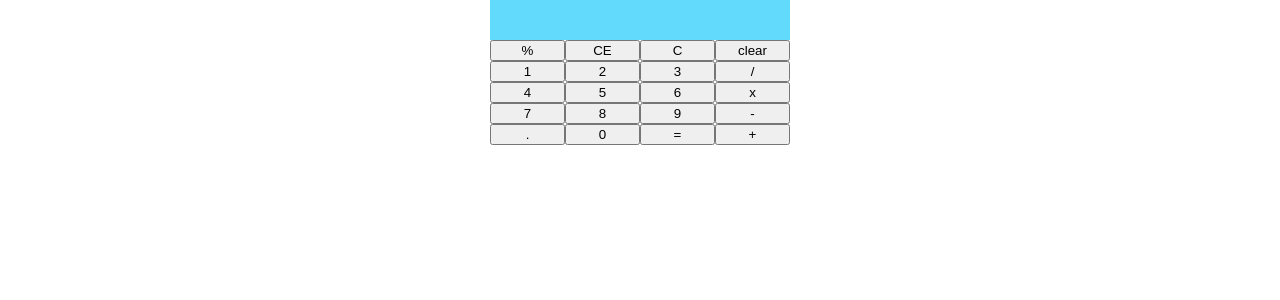
Repository: hoangphuong965/calculator_react
Page: /
An editor plug-in stored every save of this project. The page is shown before and after a run of saves, followed by the edit.
The browser window is 1280 px wide. The pictures show the whole page.
The project was rebuilt for these pictures with package versions that can differ from the ones it lists, and the page was loaded fresh each time.

Above is the page before, as saved 2020-08-04 11:17:16.

### src/App.js
import React, { useState } from "react";
import "./App.css";
import Key from "./component/Key";
import Output from "./component/Output";

function App() {
  const [result, setResult] = useState("");

  const buttonPress = (button) => {
    try {
      if (button === "=") {
        calculate();
      } else if (button === "C" || button === "CE") {
        reset();
      } else if (button === "%" || result === "%"){
        percent();
      } else if(button === "clear") {
        clear();
      }
      else {
        setResult(result + button);
      }
    } catch (error) {
      return;
    }
  };

  const calculate = () => {
    // eslint-disable-next-line
    setResult(eval(result));
  };

  const reset = () => {
    setResult("");
  };

  const percent = () => {
    setResult(result/100)
  };

  const clear = () =>{
    setResult(result.slice(0, -1));
  }

  return (
    <div className="App">
      <Output result={result} />
      <Key buttonPress={buttonPress} />
    </div>
  );
}

export default App;

### src/App.css
.App {
  text-align: center;
  width: 300px;
  margin: auto;
}

.App-logo {
  height: 40vmin;
  pointer-events: none;
}

@media (prefers-reduced-motion: no-preference) {
  .App-logo {
    animation: App-logo-spin infinite 20s linear;
  }
}

.App-header {
  background-color: #282c34;
  min-height: 100vh;
  display: flex;
  flex-direction: column;
  align-items: center;
  justify-content: center;
  font-size: calc(10px + 2vmin);
  color: white;
}

.App-link {
  color: #61dafb;
}

@keyframes App-logo-spin {
  from {
    transform: rotate(0deg);
  }
  to {
    transform: rotate(360deg);
  }
}

.key-number,
.key-controls {
  display: grid;
  grid-template-columns: 2fr 2fr 2fr 2fr;
}

.output {
  width: 100%;
  height: 40px;
  background-color: #61dafb;
  position: relative;
}
.result {
  position: absolute;
  right: 5%;
}

### src/component/Key.js
import React from "react";

const Key = ({ buttonPress }) => {
  const button = (e) => {
    buttonPress(e.target.name);
  };

  return (
    <div>
      <div className="key">
        <div className="key-controls">
          <button name="%" onClick={button}>
            %
          </button>
          <button name="CE" onClick={button}>
            CE
          </button>
          <button name="C" onClick={button}>
            C
          </button>
          <button name="clear" onClick={button}>
            clear
          </button>
        </div>
        <div className="key-number">
          <button name="1" onClick={button}>
            1
          </button>
          <button name="2" onClick={button}>
            2
          </button>
          <button name="3" onClick={button}>
            3
          </button>
          <button name="/" onClick={button}>
            /
          </button>
          <button name="4" onClick={button}>
            4
          </button>
          <button name="5" onClick={button}>
            5
          </button>
          <button name="6" onClick={button}>
            6
          </button>
          <button name="*" onClick={button}>
            x
          </button>
          <button name="7" onClick={button}>
            7
          </button>
          <button name="8" onClick={button}>
            8
          </button>
          <button name="9" onClick={button}>
            9
          </button>
          <button name="-" onClick={button}>
            -
          </button>
          <button name="." onClick={button}>
            .
          </button>
          <button name="0" onClick={button}>
            0
          </button>
          <button name="=" onClick={button}>
            =
          </button>
          <button name="+" onClick={button}>
            +
          </button>
        </div>
      </div>
    </div>
  );
};

export default Key;

### src/component/Output.js
import React from "react";

function Output({ result, input }) {
  return (
    <div className="output">
      <p className="result">{result}</p>
    </div>
  );
}

export default Output;

Loaded but not shown: public/index.html (common file); src/index.js (common file); src/index.css (common file); src/serviceWorker.js (common file)

After the next 7 saves:
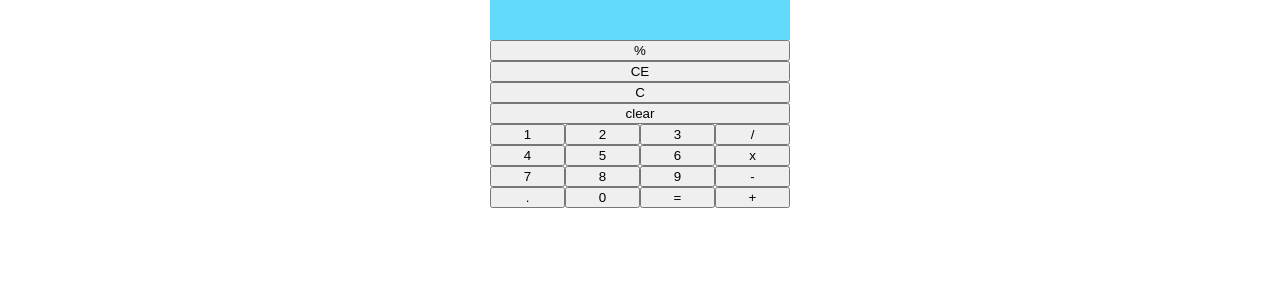
The 7 saves are shown as one change because they came seconds apart.
The last was saved 23 s later.
--- a/src/App.css
+++ b/src/App.css
@@ -39,10 +39,14 @@
   }
 }
 
-.key-number,
-.key-controls {
+.key-number {
   display: grid;
   grid-template-columns: 2fr 2fr 2fr 2fr;
+}
+
+.key-controls{
+  display: grid;
+  grid-template: ;
 }
 
 .output {
